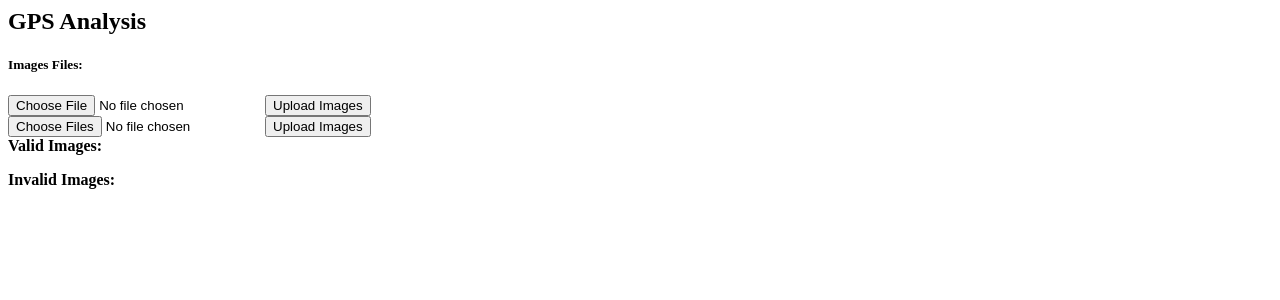
Repository: hanjangchen/Raspberry
Page: prjGAEGPSAnalysis/prjGPSAnalysis/src/static/my_ng_templates/desktop/index_data_analysis.html
An editor plug-in stored every save of this project. The page is shown before and after the next save, followed by the edit.
The browser window is 1280 px wide. The pictures show the whole page.

Above is the page before, as saved 2014-11-03 02:39:58.
Console error: ReferenceError: $ is not defined

After the next save:
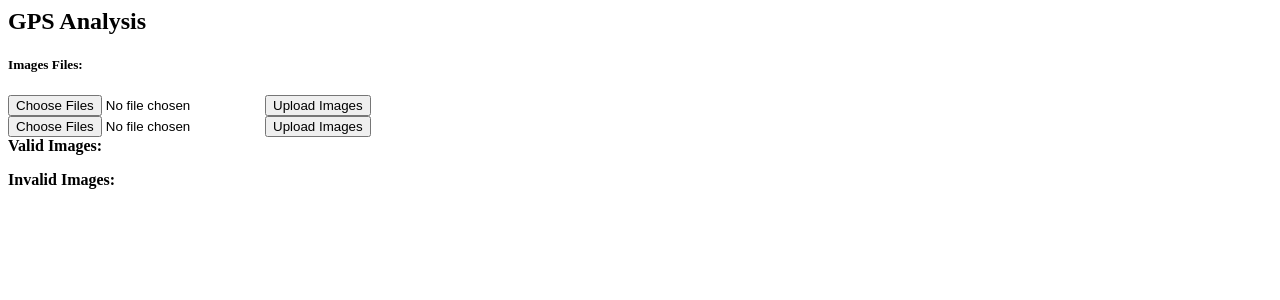
Saved 10 min 28 s later.
--- a/prjGAEGPSAnalysis/prjGPSAnalysis/src/static/my_ng_templates/desktop/index_data_analysis.html
+++ b/prjGAEGPSAnalysis/prjGPSAnalysis/src/static/my_ng_templates/desktop/index_data_analysis.html
@@ -17,8 +17,8 @@
 
 				<h5 class="col-xs-3 col-sm-3 col-md-3 col-lg-3 text-right">Images
 					Files:</h5>
-				<input type="file" ng-model="images_data_to_upload"
-					class="col-xs-4 col-sm-4 col-md-4 col-lg-4 btn btn-default ">
+				<input type="file" ng-model="images_data_to_upload" multiple="true" value="Add Images" accept="image/*"
+					required="required" class="col-xs-4 col-sm-4 col-md-4 col-lg-4 btn btn-default ">
 				<input type="button" value="Upload Images"
 					ng-click="ctrl.upload_img_to_blobstore()"
 					class="col-xs-3 col-sm-3 col-md-3 col-lg-3 btn btn-default ">
